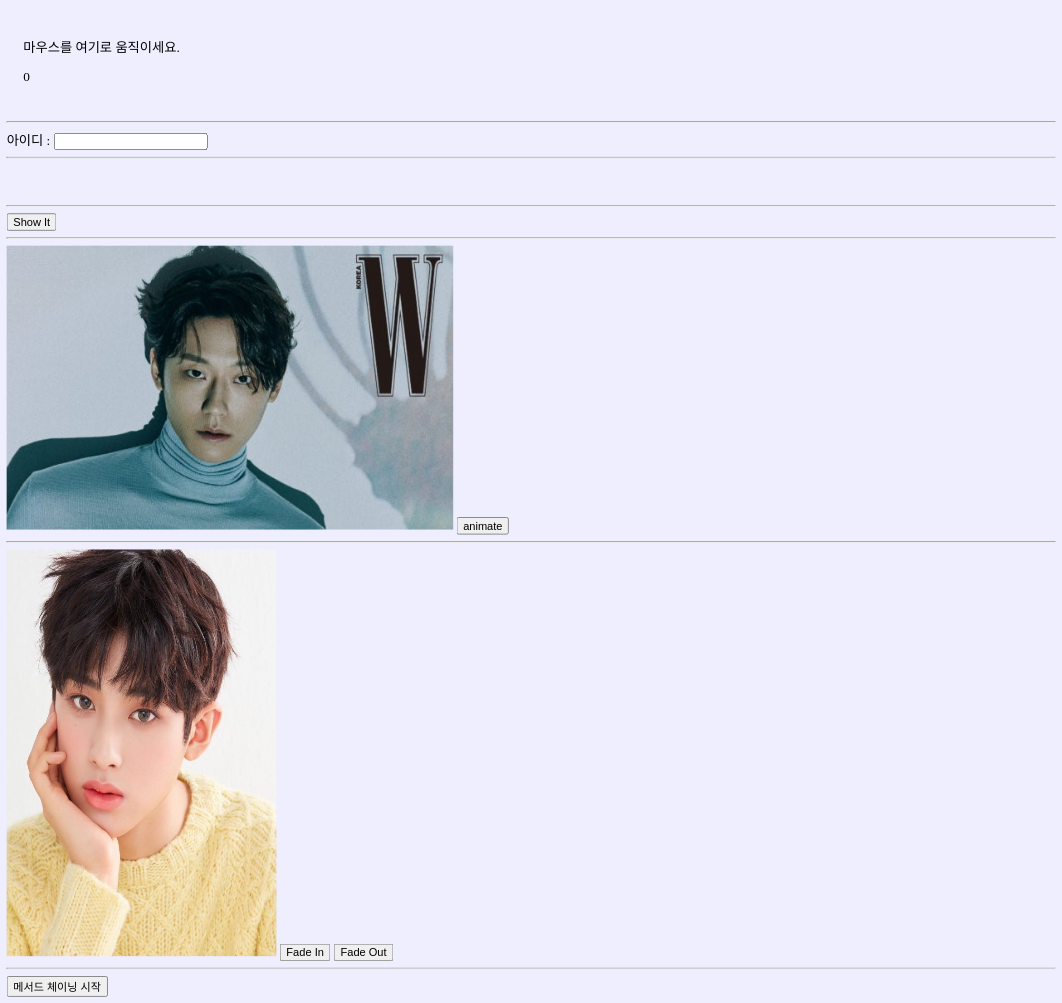
Repository: gpqls12321/public
Page: javascript_jquery/WebContent/jQuery_ex02.html
An editor plug-in stored every save of this project. The page is shown before and after the next save, followed by the edit.
The browser window is 1280 px wide. The pictures show the whole page, at 83% of full size.

Above is the page before, as saved 2021-04-15 04:26:58.

### javascript_jquery/WebContent/jQuery_ex02.html
<!DOCTYPE html>
<html>
<head>
<meta charset="UTF-8">
<title>Insert title here</title>
<style type="text/css">
	body {
		background-color: #eef;
	}

	div {
		padding: 20px;
	}
</style>
<script type="text/javascript" src="js/jQuery3.x/jquery-3.6.0.js"></script>
<script type="text/javascript">

	$(document).ready(function() {
		var i = 0;

		$("div.out").mouseover(function() {
			$("p:first", this).text("mouse over");
			$("p:last", this).text(++i); // text()안에 메서드, 문자열, 산수 가능
		});

		$("input").focus(function() {
			$(this).css("background-color", "yellow");
		});

		$("input").blur(function() {
			$(this).css("background-color", "#fff"); //아이디 중복체크할 때 사용. 다른 곳으로 이동하면 "사용가능한 아이디입니다." 이런식으로 뜨게
		});

		$(document).mouseover(function(e) { // function(e) : 콜백함수
			$("#log").text("e.pageX: " + e.pageX + ", e.pageY : " + e.pageY);
		});

		/* $("button").click(function() {
			$("#lee").show("slow");
		}); */

		$("#animate").click(function() {
			$("#ani_lee").animate({
				left : "100px"
			});
		});

		$("#fade-in").click(function() {
			$("#fade_lee").fadeIn(1000);
		});

		$("#fade-out").click(function() {
			$("#fade_lee").fadeOut(400);
		});

		//메서드 체이닝
		$("#chain").click(function() {
			$("#chain_lee").show()
						   .fadeOut(1000)
						   .slideDown(2000);
		});
	});
</script>
</head>
<body>
	<div class="out">
		<p>마우스를 여기로 움직이세요.</p>
		<p>0</p>
	</div>

	<hr>
	아이디 : <input type="text" name="userid">
	<hr>
	<div id="log"></div>
	<hr>
	<button>Show It</button>
	<img id="lee" alt="이세진" src="images/이세진.jpg" style="display: none;" width="325px;" height="490px;">
	<hr>
	<img id="ani_lee" alt="이도현" src="images/이도현01.jpg" style="position: relative;" width="538px;" height="342px;">
	<button id="animate">animate</button>
	<hr>
	<img id="fade_lee" alt="김민규" src="images/김민규.jpg" width="325px;" height="490px;">
	<button id="fade-in">Fade In</button>
	<button id="fade-out">Fade Out</button>

	<hr>
	<button id="chain">메서드 체이닝 시작</button>
	<img id="chain_lee" alt="이세진" src="images/이세진.jpg" style="display: none;" width="325px;" height="490px;">

</body>
</html>

Loaded but not shown: javascript_jquery/WebContent/js/jQuery3.x/jquery-3.6.0.js (library)

After the next save:
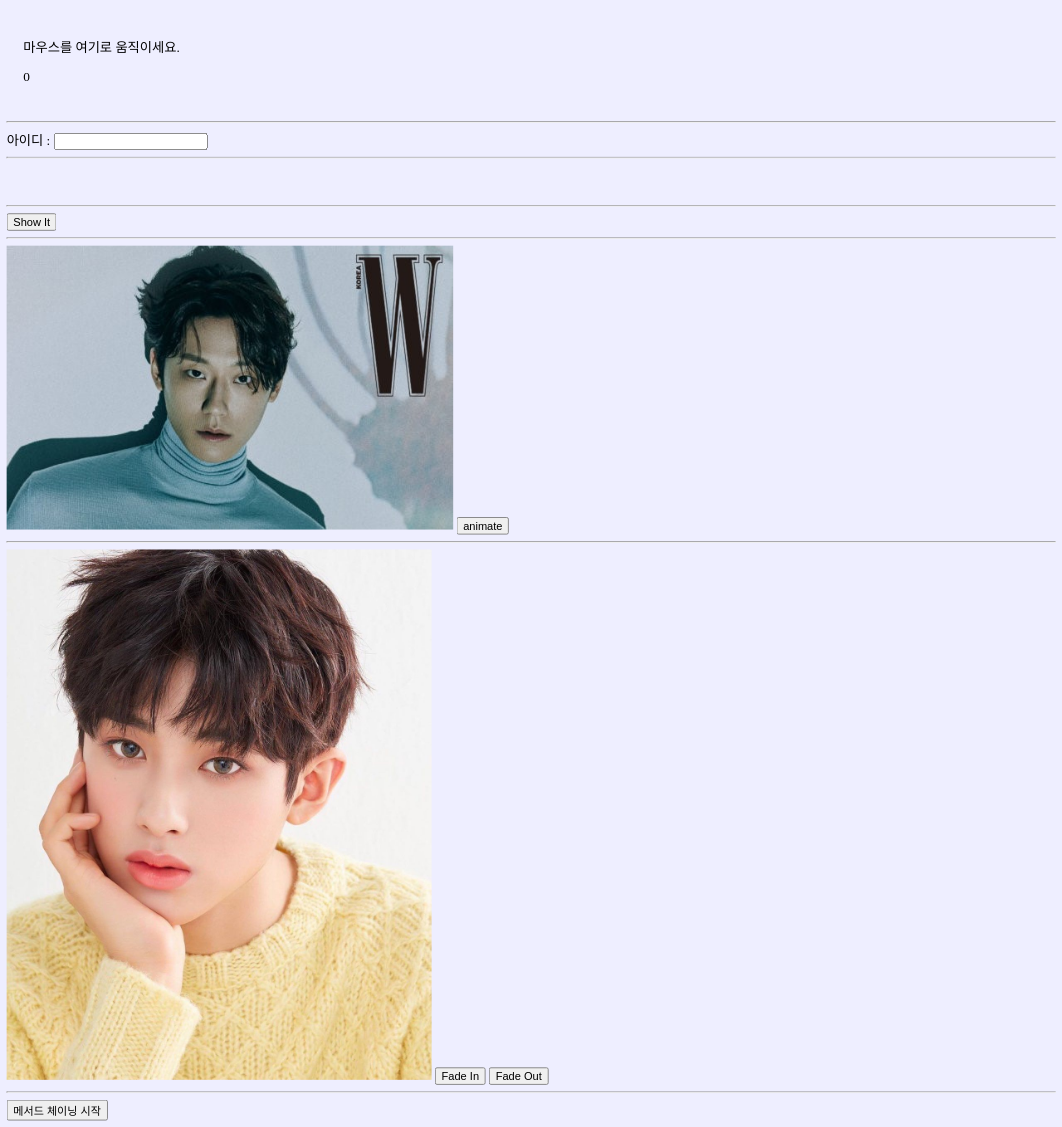
Saved 34 s later.
--- a/javascript_jquery/WebContent/jQuery_ex02.html
+++ b/javascript_jquery/WebContent/jQuery_ex02.html
@@ -79,7 +79,7 @@
 	<img id="ani_lee" alt="이도현" src="images/이도현01.jpg" style="position: relative;" width="538px;" height="342px;">
 	<button id="animate">animate</button>
 	<hr>
-	<img id="fade_lee" alt="김민규" src="images/김민규.jpg" width="325px;" height="490px;">
+	<img id="fade_lee" alt="김민규" src="images/김민규.jpg" width="512px;" height="639px;">
 	<button id="fade-in">Fade In</button>
 	<button id="fade-out">Fade Out</button>
 
